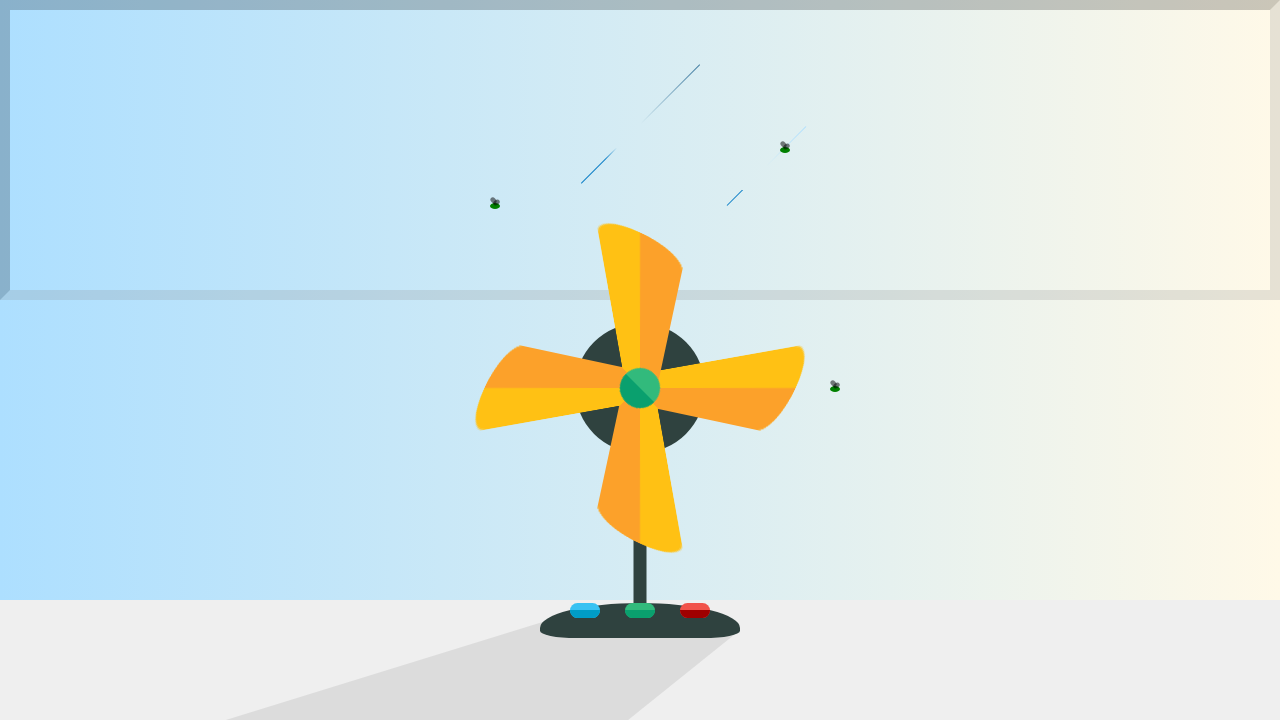
Repository: VuTuanAnh0949/CodeFan
Page: index.html
These files come from the project's save history. The page is drawn as it stood at one moment and after the next save; the edit follows.
The browser window is 1280 px wide. The pictures show the whole page.

Above is the page before, as saved 2022-06-21 14:22:00.

### index.html
<!DOCTYPE html>
<html lang="en">
<head>
    <meta charset="UTF-8">
    <meta http-equiv="X-UA-Compatible" content="IE=edge">
    <meta name="viewport" content="width=device-width, initial-scale=1.0">
    <title>Document</title>
    <link rel="stylesheet" href="style.css">
</head>
<body>
    <div class="windows">
        <div class="window"></div>
    </div>
    <div class="fan">
        <div class="fan__root"> <span class="top"> <label class="red" for="engine"></label> <label class="green"
                    for="engine2"></label> <label class="blue" for="jack"></label> </span> <span class="bottom"></span>
        </div>
        <div class="fan__staddle"></div> <input type="checkbox" id="jack" hidden />
        <div class="head">
            <div class="fan__engine"> <span class="center"></span> </div> <input type="checkbox" id="engine" hidden
                checked />
            <div> <span class="fly"></span> <span class="fly"></span> <span class="fly"></span>
                <div class="fan__blades"> <input type="checkbox" id="engine2" hidden checked />
                    <div class="fan__blades">
                        <div class="center"></div>
                        <div class="blade"><span></span></div>
                        <div class="blade"><span></span></div>
                        <div class="blade"><span></span></div>
                        <div class="blade"><span></span></div>
                    </div>
                </div>
            </div>
        </div>
    </div>

</body>
</html>

### style.css
html {
    overflow: hidden;
}

body {
    overflow: hidden;
    margin: 0;
    padding: 0;
    background: linear-gradient(90deg, #addfff, #fff9e8);
    display: flex;
    justify-content: center;
    align-items: center;
    width: 100vw;
    height: 100vh;
    position: relative;
}

body::after {
    position: absolute;
    width: 100%;
    content: "";
    height: calc(100% - 600px);
    z-index: 0;
    background: #efefef;
    bottom: 0;
}

@keyframes spin {
    from {
        transform: rotate(0deg);
    }

    to {
        transform: rotate(360deg);
    }
}

@keyframes off {
    to {
        transform: rotate(380deg);
    }
}

@keyframes off2 {
    to {
        transform: rotate(880deg);
    }
}

@keyframes fly {
    to {
        margin-top: 50px;
    }
}

span {
    display: block;
}

.windows {
    width: 100vw;
    height: 100vh;
    position: absolute;
    z-index: 0;
    top: 0;
    left: 0;
    display: flex;
    align-content: flex-start;
}

.window {
    flex: 1 20%;
    box-sizing: border-box;
    height: 300px;
    position: relative;
    border: 10px inset rgba(51, 51, 51, 0.2);
}

.window::after {
    position: absolute;
    height: 60%;
    width: 1px;
    border-radius: 10px;
    background: linear-gradient(to top, #0f80c7 20%, transparent 30%, transparent 50%, #3f7ba0 100%);
    opacity: 1;
    z-index: 5;
    top: 30px;
    left: 50%;
    transform: rotate(45deg);
    display: block;
    content: "";
}

.window::before {
    position: absolute;
    height: 40%;
    width: 1px;
    border-radius: 10px;
    background: linear-gradient(to top, #0f80c7 20%, transparent 10%, transparent 50%, #addfff 100%);
    opacity: 1;
    z-index: 5;
    top: 100px;
    left: 60%;
    transform: rotate(45deg);
    display: block;
    content: "";
}

.window:nth-child(5n - 3)::after,
.window:nth-child(5n - 3)::before {
    opacity: 0.8 !important;
}

.window:nth-child(5n - 2)::after,
.window:nth-child(5n - 2)::before {
    opacity: 0.4 !important;
}

.window:nth-child(5n - 1)::after,
.window:nth-child(5n -1)::before {
    opacity: 0.3 !important;
}

.window:nth-child(5n)::after,
.window:nth-child(5n)::before {
    opacity: 0.2 !important;
}

.fly {
    transition: 0.5s all cubic-bezier(0.04, 0.06, 0, 1.18), 1s transform;
    width: 10px;
    height: 6px;
    background: green;
    border-radius: 50%;
    position: absolute;
    animation: fly 5s alternate infinite ease-in-out;
}

.fly:nth-of-type(1) {
    top: -78px;
    left: -200px;
}

.fly:nth-of-type(2) {
    transform: translateY(-10px);
    animation-delay: 4s;
    top: 5px;
    right: -250px;
}

.fly:nth-of-type(3) {
    transform: translateY(0px);
    top: 400px;
    animation-delay: 2s;
    right: -400px;
}

.fly::after,
.fly::before {
    content: "";
    position: absolute;
    width: 7px;
    height: 5px;
    background-color: rgba(0, 0, 0, 0.5);
    display: block;
    border-radius: 50%;
}

.fly::before {
    bottom: 4px;
    transform: rotate(325deg);
    left: 3px;
}

.fly::after {
    transform: rotate(45deg);
    bottom: 6px;
}

.fan {
    width: 500px;
    height: 500px;
    position: relative;
    z-index: 1;
    margin-top: 75px;
    perspective: 500px;
}

.fan::after {
    content: "";
    display: block;
    position: absolute;
    height: 364px;
    width: 200px;
    background: rgba(0, 0, 0, 0.08);
    top: calc(100% - 24px);
    left: calc(50% - 100px);
    z-index: -1;
    transform: rotateX(104deg) rotateY(-1deg) rotate(25deg);
    transform-origin: top;
}

.fan__root {
    width: 200px;
    position: absolute;
    bottom: 0;
    left: 50%;
    transform: translateX(-50%);
}

.fan__root .top {
    overflow: hidden;
    width: 200px;
    height: 25px;
    position: relative;
}

.fan__root .top::after {
    content: "";
    display: block;
    width: 200px;
    height: 50px;
    background: #2f423f;
    border-radius: 50%;
}

.fan__root .top .red {
    position: absolute;
    width: 30px;
    height: 15px;
    border-radius: 15px;
    display: block;
    right: 30px;
    background: #f15249;
    cursor: pointer;
    overflow: hidden;
}

.fan__root .top .green {
    position: absolute;
    width: 30px;
    height: 15px;
    border-radius: 15px;
    display: block;
    right: 85px;
    background: #32ba7c;
    cursor: pointer;
    overflow: hidden;
}

.fan__root .top .green::after {
    content: "";
    display: block;
    width: 100%;
    height: 50%;
    position: absolute;
    bottom: 0;
    background: #0aa06e;
}

.fan__root .top .red::after {
    content: "";
    display: block;
    width: 100%;
    height: 50%;
    position: absolute;
    bottom: 0;
    background: #a00000;
}

.fan__root .top .blue {
    position: absolute;
    cursor: pointer;
    width: 30px;
    height: 15px;
    border-radius: 15px;
    display: block;
    left: 30px;
    background: #3ac2f2;
    overflow: hidden;
}

.fan__root .top .blue::after {
    content: "";
    display: block;
    width: 100%;
    height: 50%;
    position: absolute;
    bottom: 0;
    background: #009cc6;
}

.fan__root .bottom {
    overflow: hidden;
    width: 200px;
    height: 20px;
}

.fan__root .bottom::after {
    content: "";
    display: block;
    width: 200px;
    height: 40px;
    background: #2f423f;
    border-radius: 18%;
    transform: translateY(-30px);
}

.fan__staddle {
    position: absolute;
    bottom: 45px;
    background: #2f423f;
    height: 270px;
    width: 13px;
    left: 50%;
    transform: translateX(-50%);
}

.fan__engine {
    position: absolute;
    bottom: 0px;
    width: 130px;
    height: 130px;
    background: #2f423f;
    border-radius: 50%;
    left: 50%;
    transform: translateX(-50%);
}

.fan__engine::after {
    content: "";
    background: #2f423f;
    display: block;
    width: 25px;
    height: 50px;
    position: absolute;
    top: 105px;
    left: 50%;
    transform: translateX(-50%);
    border-radius: 0 0 5px 5px;
}

.fan__blades {
    width: 230px;
    height: 230px;
    position: absolute;
    bottom: -50px;
    transition: 2s;
    transform-origin: center center;
    left: calc(50% - 115px);
    z-index: 1;
    animation: spin infinite 0.38s linear forwards;
}

.fan__blades .fan__blades {
    bottom: 0;
    animation: spin infinite 0.5s linear forwards;
}

.fan__blades .blade {
    position: absolute;
    width: 50px;
    height: 100%;
    left: 50%;
    transform: translateX(-50%) skewY(25deg);
    perspective: 500px;
    transform-style: preserve-3d;
}

.fan__blades .blade:nth-child(2) {
    transform: translateX(-50%) rotate(90deg) skewY(25deg);
}

.fan__blades .blade:nth-child(3) {
    transform: translateX(-50%) rotate(180deg) skewY(25deg);
}

.fan__blades .blade:nth-child(4) {
    transform: translateX(-50%) rotate(270deg) skewY(25deg);
}

.fan__blades .blade span {
    width: 100%;
    height: 200%;
    border-radius: 44px;
    background: #ffc114;
    position: absolute;
    top: -66px;
    display: block;
    transform-style: preserve-3d;
    transform: rotateX(81deg);
    overflow: hidden;
}

.fan__blades .blade span::after {
    width: 50%;
    height: 100%;
    content: "";
    display: block;
    background: #fca12a;
    transform: rotate(0deg);
}

.fan__blades .center {
    position: absolute;
    overflow: hidden;
    width: 40px;
    height: 40px;
    border-radius: 50%;
    left: 50%;
    top: 50%;
    transform: translate(-50%, -50%) rotate(45deg);
    background: #32ba7c;
    z-index: 2;
}

.fan__blades .center::after {
    display: block;
    content: "";
    width: 40px;
    height: 20px;
    background: #0aa06e;
}

.head {
    transition: 1s transform;
    height: auto;
    width: auto;
    position: absolute;
    width: 300px;
    height: 300px;
    bottom: 195px;
    left: calc(50% - 150px);
    /* transform: translateX(-50%); */
}

#engine:checked+div>div {
    animation: off2 1s ease-out forwards;
}

#engine:checked+div>span:nth-child(1) {
    transition: 5s all ease-in-out, 1s transform;
    left: 0px;
    top: 0px;
}

#engine:checked+div>span:nth-child(2) {
    transition: 5s all ease-in-out, 1s transform;
    right: 0px;
    top: 0px;
}

#engine:checked+div>span:nth-child(3) {
    transition: 7s all ease-in-out, 1s transform;
    right: -50px;
    top: 200px;
}

#engine2:checked+div {
    animation: off 1s ease-out forwards;
}

#jack:checked+div {
    transform: translateY(-115px);
}

#jack:checked+div>div:nth-child(3)>span {
    transform: translateY(115px);
}

After the next save:
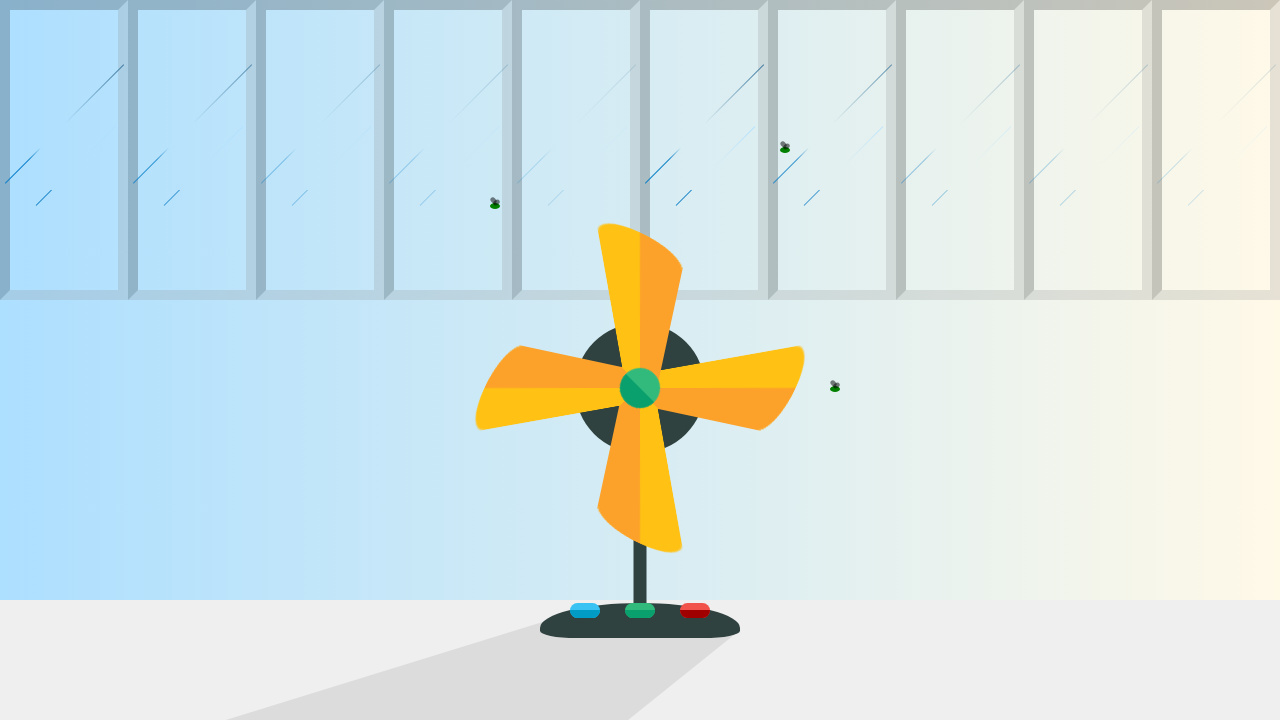
Saved 8 s later.
--- a/index.html
+++ b/index.html
@@ -9,6 +9,15 @@
 </head>
 <body>
     <div class="windows">
+        <div class="window"></div>
+        <div class="window"></div>
+        <div class="window"></div>
+        <div class="window"></div>
+        <div class="window"></div>
+        <div class="window"></div>
+        <div class="window"></div>
+        <div class="window"></div>
+        <div class="window"></div>
         <div class="window"></div>
     </div>
     <div class="fan">
